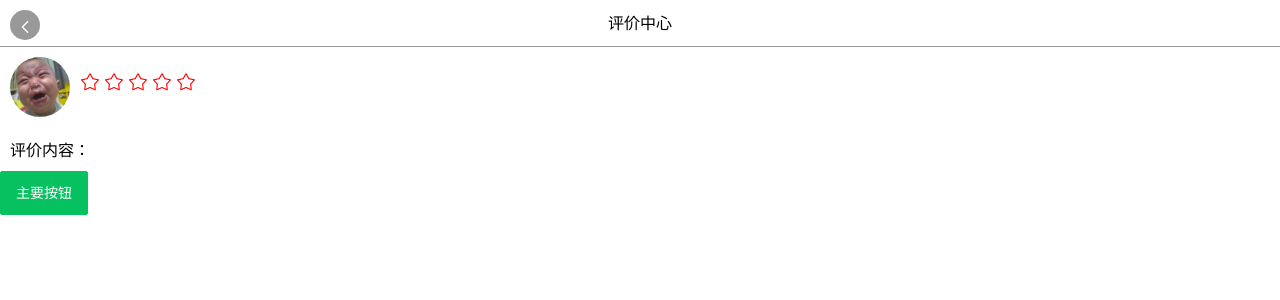
Repository: liuyangming111/mall
Page: /evaluaterr
The author's editor kept a copy of each file at every save. The page is drawn from the files as they stood at one save, then again after the next save.
The browser window is 1280 px wide. The pictures show the whole page.
The page's requests for data from a server got no answer. The project was rebuilt for these pictures with package versions that can differ from the ones it lists, and the page was loaded fresh each time. No one was signed in, and anything a server would have sent is missing. Also part of the build but not shown: vue.config.js, src/components/bottom.vue, src/views/Home.vue.

Above is the page before, as saved 2020-07-30 17:57:06.

### src/main.js
import Vue from 'vue'
import App from './App.vue'
import router from './router'
import store from './store'
import api from './http/api'
import Vant from 'vant';
import 'vant/lib/index.css';
import { Dialog } from 'vant';
import { Toast } from 'vant';




Vue.use(Toast);
Vue.use(Dialog);
Vue.prototype.$api = api
Vue.use(Vant);
Vue.config.productionTip = false

//进入详情页
Vue.prototype.$toDetails=(id)=>{
  // console.log(id)
  router.push({
    path:'/details',
    query:{
      id:id,
    }
  })
}
Vue.prototype.$Pop_up=()=>{
  Dialog.confirm({
    title: '登录后才可以启用此功能',
    message: '是否跳转登录/注册页面',
  })
    .then(() => {
      // on confirm
      router.push('/login')
    })
    .catch(() => {
      // on cancel
    })
}
Vue.prototype.$Cart=(id)=>{
  Toast('加入购物车成功');
  // console.log(id)
  api.postaddShop({
    id:id
  })
}

new Vue({
  router,
  store,
  render: h => h(App)
}).$mount('#app')

### src/App.vue
<template>
  <div id="app">
    <router-view/>
  </div>
</template>

<style lang="scss">
*{
  margin: 0;
  padding: 0;
}
</style>

### src/router/index.js
import Vue from 'vue'
import VueRouter from 'vue-router'
import Home from '../views/Home.vue'

Vue.use(VueRouter)

  const routes = [
  {
    path: '',
    component: Home,
    children:[
      {
        path:'/',
        name:'mall',
        component:()=>import('../views/mall/mall.vue')
      },
      {
        path:'/classification',
        name:'classification',
        component:()=>import('../views/mall/classification.vue')
      },
      {
        path:'/Car',
        name:'Car',
        component:()=>import('../views/mall/Car.vue')
      },
      {
        path:'/my',
        name:'my',
        component:()=>import('../views/mall/my.vue')
      },
      {
        path:'/Carr',
        name:'Carr',
        component:()=>import('../views/mall/Carr.vue')
      }
    ]
  },
  {
    path:'/login',
    name:'login',
    component:()=>import('../views/login/login.vue')
  },
  {
    path:'/details',
    name:'details',
    component:()=>import('../views/details/details.vue')
  },
  {
    path:'/Collection',
    name:'Collection',
    component:()=>import('../views/Collection/Collection.vue')
  },
  {
    path:'/order',
    name:'order',
    component:()=>import('../views/order/order.vue')
  },
  {
    path:'/browse',
    name:'browse',
    component:()=>import('../views/browse/browse.vue')
  },
  {
    path:'/address',
    name:'address',
    component:()=>import('../views/address/address.vue')
  },
  {
    path:'/personal',
    name:'personal',
    component:()=>import('../views/personal/personal.vue')
  },
  {
    path:'/settlement',
    name:'settlement',
    component:()=>import('../views/settlement/settlement.vue')
  },
  {
    path:'/edit',
    naem:'edit',
    component:()=>import('../views/address/edit.vue')
  },
  {
    path:'/editr',
    naem:'editr',
    component:()=>import('../views/address/editr.vue')
  },
  {
    path:'/evaluate',
    name:'evaluate',
    component:()=>import('../views/evaluate/evaluate.vue')
  },
  {
    path:'/orderr',
    name:'orderr',
    component:()=>import('../views/order/orderr.vue')
  },
  {
    path:'/evaluater',
    name:'evaluater',
    component:()=>import('../views/evaluate/evaluater.vue')
  },
  {
    path:'/evaluaterr',
    name:'evaluaterr',
    component:()=>import('../views/evaluate/evaluaterr.vue')
  },
]

const router = new VueRouter({
  mode: 'history',
  base: process.env.BASE_URL,
  routes
})
const originalPush = VueRouter.prototype.push
VueRouter.prototype.push = function push(location) {
  return originalPush.call(this, location).catch(err => err)
}

export default router

### src/store/index.js
import Vue from 'vue'
import Vuex from 'vuex'

Vue.use(Vuex)

export default new Vuex.Store({
  state: {
    str:null
  },
  mutations: {
    setName(state,data){
      state.str=data
    }
  },
  actions: {
  },
  modules: {
  }
})

### src/http/api.js
import service from './index'

export default {
    //1:获取首页数据
    gethome_page() {
        return service.get('/recommend')
    },
    //2:搜索
    //参数: value: 搜索关键词
    postkey_word(value) {
        return service.post('/search', { value })
    },
    //3:分类查询
    //id:默认分类的id
    getclassification(id) {
        return service.get('/classification?mallSubId='+id)
    },
    //4:查询获取购物车数据
    postcar_data(id) {
        return service.post('/getCard', {id})
    },
    //5:购物车加减商品
    // count: 购物车数量
    // id: 商品id
    // mallPrice: 价格
    postcommodity({ count, id, mallPrice }) {
        return service.post('/editCart', { count, id, mallPrice })
    },
    //6:购物车商品删除
    //商品id(数组)
    postdelete1( id ) {
        return service.post('/deleteShop',  id )
    },
    //7:购物车支付页面
    // address:收货地址
    // tel:电话
    // orderId:所有商品的id(数组)
    // totalPrice:总价格
    // idDirect:用来判断是购物车结算还是直接购买(直接购买为true,购物车结算为false)
    // count:商品数量
    postpayment({ address, tel, orderId, totalPrice, idDirect, count }) {
        return service.post('/order', { address, tel, orderId, totalPrice, idDirect, count })
    },
    //8.单个商品详情
    //id:商品的id
    getdetails(id) {
        return service.get(`/goods/one?id=${id}`)
    },
    //9. 收藏单个商品
    //商品的详情信息(传商品对象)
    postcollection(item) {
        return service.post('/collection', item)
    },
    //10.取消收藏
    //id:商品的id
    postCollectionss({ id }) {
        return service.post('/cancelCollection', { id })
    },
    //11:查询商品是否已收藏
    //id:商品的id
    postCollections({ id }) {
        return service.post('/isCollection', { id })
    },
    //12. 加入购物车
    //id:商品的id
    postaddShop({ id }) {
        return service.post('/addShop', { id })
    },
    //13. 退出登录
    postloginOut() {
        return service.post('/loginOut', {})
    },
    //14. 获取用户信息
    postqueryUser() {
        return service.post('queryUser', {})
    },
    //15. 修改保存用户信息
    // gender: 性别
    // year: 年
    // month: 月
    // day: 日
    // id: 用户id
    // nickname: 昵称
    postsaveUser({ gender, year, month, day, id, nickname }) {
        return service.post('/saveUser', { gender, year, month, day, id, nickname })
    },
    //16. 商品评论
    // id: 商品cid
    // rate: 分数
    // content: 内容
    // anonymous: 是否匿名
    // _id: 商品的_id
    // order_id: 商品的order_id
    // image: []
    postcomment({ id, rate, content, anonymous, _id, order_id, image }) {
        return service.post('/goodsOne/comment', { id, rate, content, anonymous, _id, order_id, image })
    },
    //17. 获取登录注册默认验证码
    getverify() {
        return service.get('/verify')
    },
    //18. 查询用户收货地址
    getAddress() {
        return service.get('/getAddress')
    },
    //19. 查询默认收货地址
    getDefaultAddress() {
        return service.get('/getDefaultAddress')
    },
    //20. 设置默认收货地址
    //id: 地址id
    postsetDefaultAddress({ id }) {
        return service.post('setDefaultAddress', { id })
    },
    //21. 增加收货地址
    // name:用户名
    // tel:电话
    // address:(省+市+区+详情地址)
    // isDefault:是否默认
    // province:省
    // city:市
    // county:区
    // addressDetail:详情地址，
    // areaCode:地区代码
    // id:修改地址时候要传id
    postaddress({ name, tel, address, isDefault, province, city, county, addressDetail, areaCode, id }) {
        return service.post('/address', { name, tel, address, isDefault, province, city, county, addressDetail, areaCode, id })
    },
    //22. 删除地址
    //id:地址_id
    postdeleteAddress({ id }) {
        return service.post('/deleteAddress', { id })
    },
    //23. 注册
    // nickname:用户名
    // password:密码
    // verify:验证码
    postregister({ nickname, password, verify }) {
        return service.post('/register', { nickname, password, verify })
    },
    //24. 登录
    // nickname: 用户名
    // password:密码
    // verify:验证码
    postlogin({ nickname, password, verify }) {
        return service.post('/login', { nickname, password, verify })
    },
    //25. 订单查询
    getMyOrder() {
        return service.get('/myOrder')
    },
    //26. 查询已评价
    getevaluate() {
        return service.get('/alreadyEvaluated')
    },
    //27. 查询未评价
    getevaluates() {
        return service.get('/tobeEvaluated')
    },
    //28. 查询单条评论
    //id:商品id
    //_id:数据库的那条id
    postevaluateOne({ id, _id }) {
        return service.post('/evaluateOne', { id, _id })
    },
    //查看收藏
    getCollectionList(){
        return service.get('/collection/list')
     },
}

### src/views/evaluate/evaluaterr.vue
<template>
 <div>
    <div class="return" @click="returns">
      <van-icon name="arrow-left" />
    </div>
    <div class="evaluate">评价中心</div>
    <div class="information">
       <div class="head_portrait"></div>
       <div>
          <div v-if='user.length>0'>{{user[0].nickname}}</div>
          <div class="score"><van-rate v-model="evaluateOne.rate" disabled disabled-color="red"/></div>
       </div>
       <div>{{evaluateOne.comment_time}}</div>
    </div>
    <div class="center">评价内容：{{evaluateOne.content}}</div>
    <div v-if="goods.length>0" class="cente">
        <div><img :src="goods[0].image" alt="" class="img"></div>
        <div>{{goods[0].name}}</div>
        <div class="Cart"><van-icon name="shopping-cart-o" size="20px"/></div>
    </div>
    <div ><van-button type="primary">主要按钮</van-button></div>
 </div>
</template>

<script>
 export default {
   name: '',
   props: {
   },
   components: {

   },
   data () {
     return {
         id:'',
         _id:'',
         evaluateOne:[],
         user:[],
         goods:[]
     }
   },
   methods: {
       returns() {
      this.$router.go(-1);
    },
   },
   mounted() {
       this.id=this.$route.query.id,
       this._id=this.$route.query._id,
    //    console.log(this.id)
       this.$api.postevaluateOne({
            id:this.id,
            _id:this._id
       }).then(res=>{
           if(res.code===200){
               this.evaluateOne=res.evaluateOne
               this.user=res.evaluateOne.user
               this.goods=res.evaluateOne.goods
           }
           console.log(this.goods)
       }).catch(err=>{
           console.log(err)
       })
   },
   watch: {

   },
   computed: {

   }
 }
</script>

<style scoped>
.return {
  width: 30px;
  height: 30px;
  border-radius: 50%;
  background-color: #999;
  text-align: center;
  line-height: 35px;
  position: absolute;
  top: 10px;
  left: 10px;
  z-index: 2;
  color: white;
}
.evaluate {
  text-align: center;
  line-height: 46px;
  height: 46px;
  border-bottom: 1px solid #999;
}
.head_portrait{
    width: 60px;
    height: 60px;
    background-image: url('../../../img/tx.jpg');
    background-size: 100% 100%;
    border-radius: 50%;
}
.information{
    display: flex;
}
.information>div:nth-child(1){
    margin: 10px;
}
.information>div:nth-child(2){
    margin: 15px 0;
}
.score{
    margin-top: 10px;
}
.information>div:nth-child(3){
    margin: 30px 5px 0 20px;
    color: rgb(107, 104, 104);
}
.center{
    margin: 10px;
}
.cente{
    display: flex;
    margin-top: 50px;
}
.cente div:nth-child(2){
    margin: 10px 0 0 5px;
}
.img{
    width: 80px;
}
.Cart{
    width: 40px;
    height: 40px;
    background-color: sandybrown;
    border-radius: 50%;
    text-align: center;
    line-height: 46px;
    color:rgb(247, 245, 245);
    margin: 20px 0 10px 30px;
}
</style>

### src/http/index.js
import axios from 'axios'
const service = axios.create({
    baseURL: '/api',
    timeout: 5000
})

service.interceptors.response.use((res) => {
    return res.data
}, err => {
    console.log(err)
})

export default service

Loaded but not shown: public/index.html (common file)

After the next save:
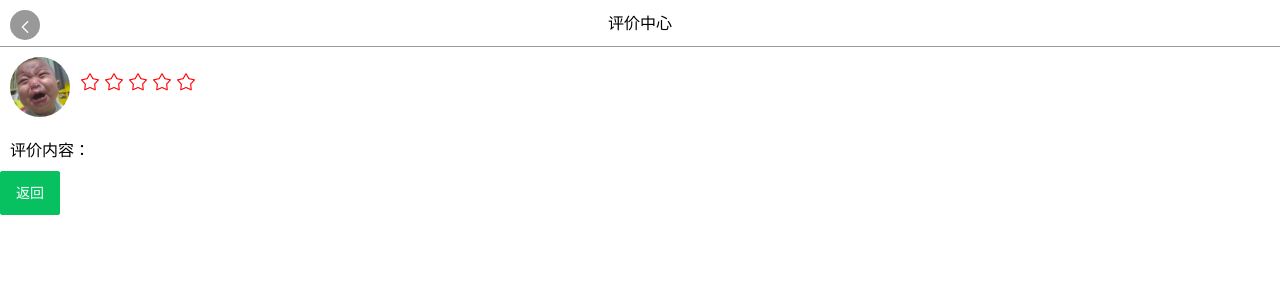
Saved 6 s later.
--- a/src/views/evaluate/evaluaterr.vue
+++ b/src/views/evaluate/evaluaterr.vue
@@ -18,7 +18,7 @@
         <div>{{goods[0].name}}</div>
         <div class="Cart"><van-icon name="shopping-cart-o" size="20px"/></div>
     </div>
-    <div ><van-button type="primary">主要按钮</van-button></div>
+    <div ><van-button type="primary">返回</van-button></div>
  </div>
 </template>
 
